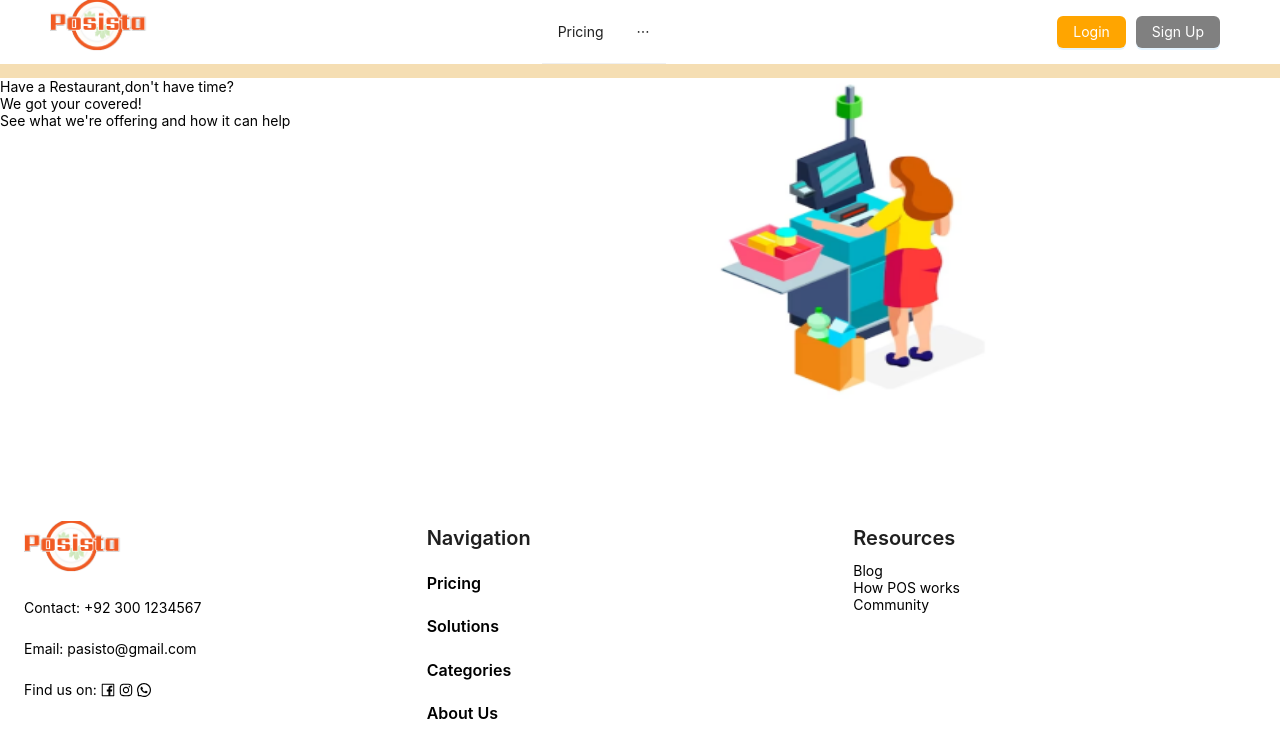
Repository: usmanarshad90/Posista
Page: / (app in test/)
An editor plug-in stored every save of this project. The page is shown before and after a run of saves, followed by the edit.
The browser window is 1280 px wide. The pictures show the whole page.
The project was rebuilt for these pictures with package versions that can differ from the ones it lists, and the page was loaded fresh each time. Also part of the build but not shown: test/src/components/Pricing/Pricing.jsx, test/src/components/Solution/Solutions.jsx, test/src/components/About/AboutUs.jsx, test/src/components/login/login.jsx, test/src/components/signup/signup.jsx.

Above is the page before, as saved 2023-11-28 14:39:38.

After the next 5 saves:
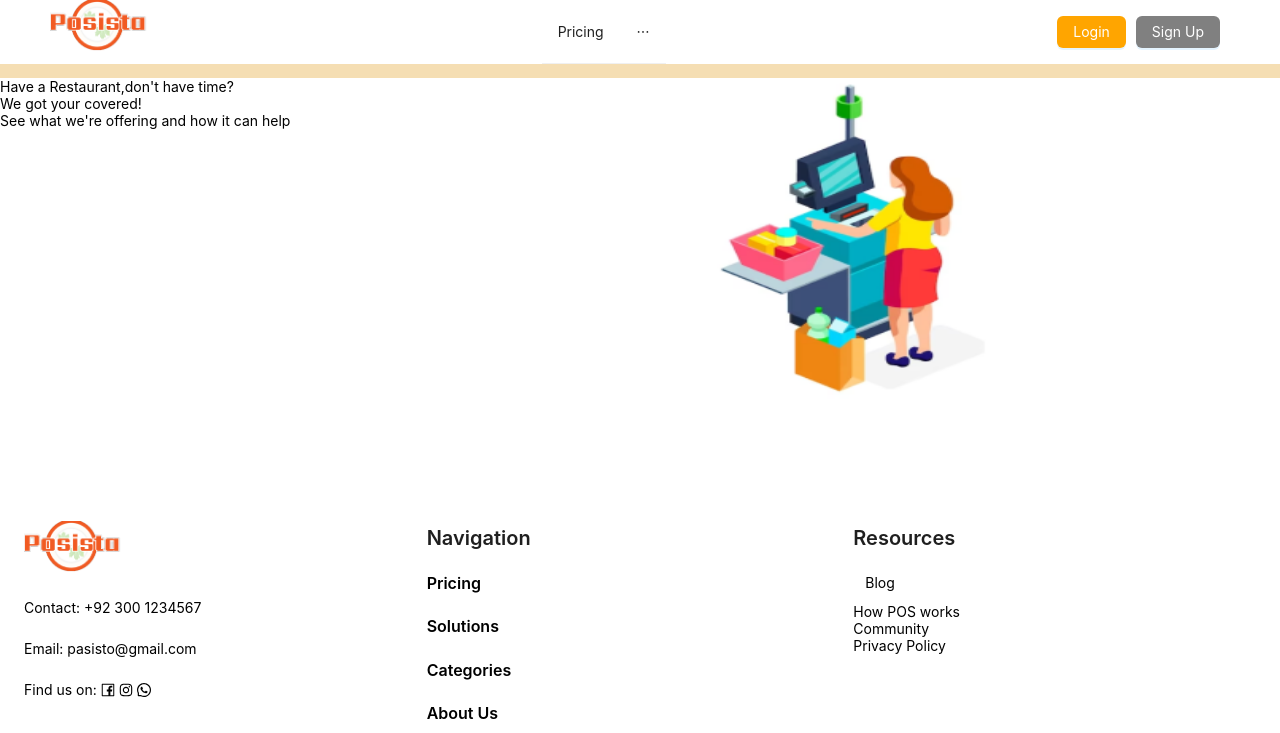
The 5 saves are shown as one change because they came seconds apart.
The last was saved 18 s later.
--- a/test/src/components/Footer/Footer.jsx
+++ b/test/src/components/Footer/Footer.jsx
@@ -52,10 +52,10 @@ const Footer = () => {
 
       <Col  lg={{ span:8, order: 1 }} md={6} xs={4} xl={8} xxl={8}   >
         <Typography.Title level={4}>Resources</Typography.Title>
-        <div>Blog</div>
+        <div style={style}>Blog</div>
         <div>How POS works</div>
         <div>Community</div>
-        <div></div>
+        <div>Privacy Policy</div>
       </Col>
 
 
